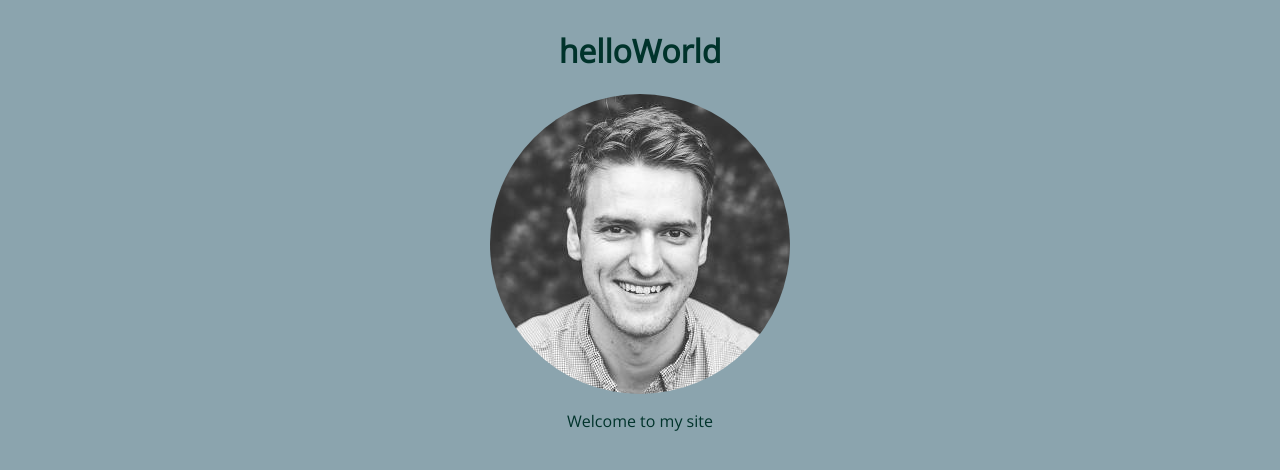
Repository: milespossing/Personal-Page
Page: index.html
An editor plug-in stored every save of this project. The page is shown before and after the next save, followed by the edit.
The browser window is 1280 px wide. The pictures show the whole page.

Above is the page before, as saved 2019-09-19 21:19:46.

### index.html
<head>
    <link rel="stylesheet" type="text/css" href="Styles/style.css"/>
    <link href="https://fonts.googleapis.com/css?family=Open+Sans|Roboto+Mono&display=swap" rel="stylesheet">
</head>
<body>
    <div class="Site-Header">
        <h1>helloWorld</h1>
        <div>
            <img src="Images/simple-headshot.jpeg" class="Display-Picture"/>
        </div>
    </div>
    <p>Welcome to my site</p>
</body>

### Styles/style.css
body {
    display: flex;
    flex-direction: column;
    align-content: center;
    align-items: center;
    background: #8ba4ae;
    color: #00332b;
    font-family: 'Open Sans', sans-serif;
}

.site-header {
    display: flex;
    flex-direction: column;
    align-items: center;
    justify-items: right;
}

.code {
    font-family: 'Fira Mono', monospace;
}

.display-picture {
    border-radius: 50%;
}

After the next save:
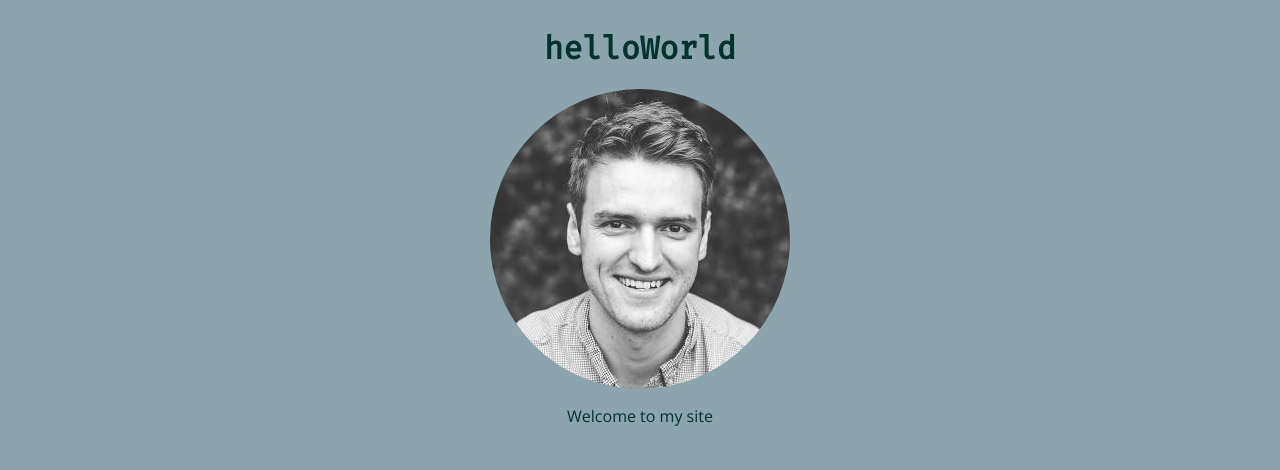
Saved 13 s later.
--- a/index.html
+++ b/index.html
@@ -1,10 +1,10 @@
 <head>
     <link rel="stylesheet" type="text/css" href="Styles/style.css"/>
-    <link href="https://fonts.googleapis.com/css?family=Open+Sans|Roboto+Mono&display=swap" rel="stylesheet">
+    <link href="https://fonts.googleapis.com/css?family=Fira+Mono|Open+Sans&display=swap" rel="stylesheet">
 </head>
 <body>
     <div class="Site-Header">
-        <h1>helloWorld</h1>
+        <h1 class="code">helloWorld</h1>
         <div>
             <img src="Images/simple-headshot.jpeg" class="Display-Picture"/>
         </div>
